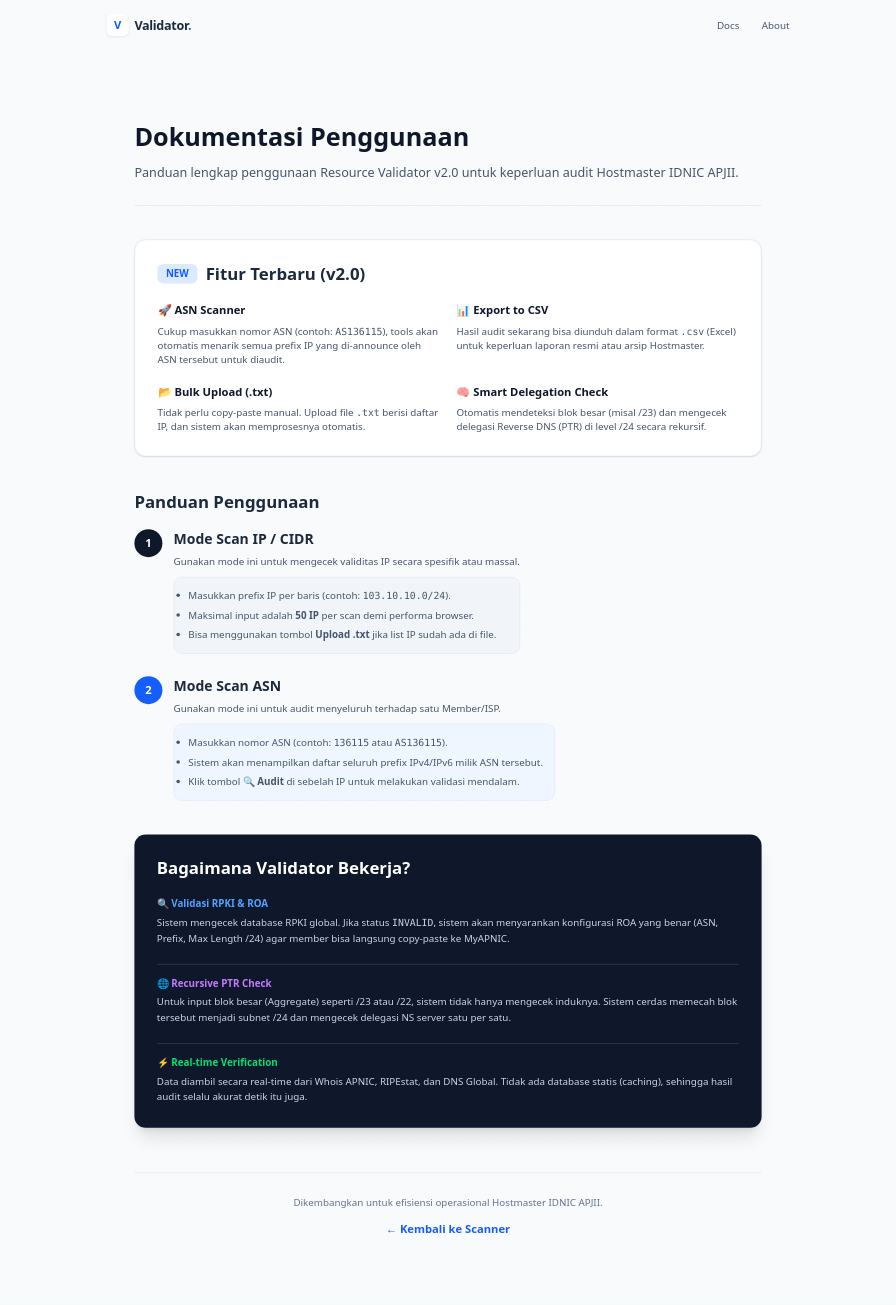
Repository: KilluaProject/resource_validator
Page: /about
An editor plug-in stored every save of this project. The page is shown before and after the next save, followed by the edit.
The browser window is 1280 px wide. The pictures show the whole page, at 70% of full size.
The project was rebuilt for these pictures with package versions that can differ from the ones it lists, and the page was loaded fresh each time. The framework's server and built-in components were replaced by stand-ins that run in the browser. Also part of the build but not shown: next.config.ts.

Above is the page before, as saved 2026-01-08 16:53:48.

After the next save:
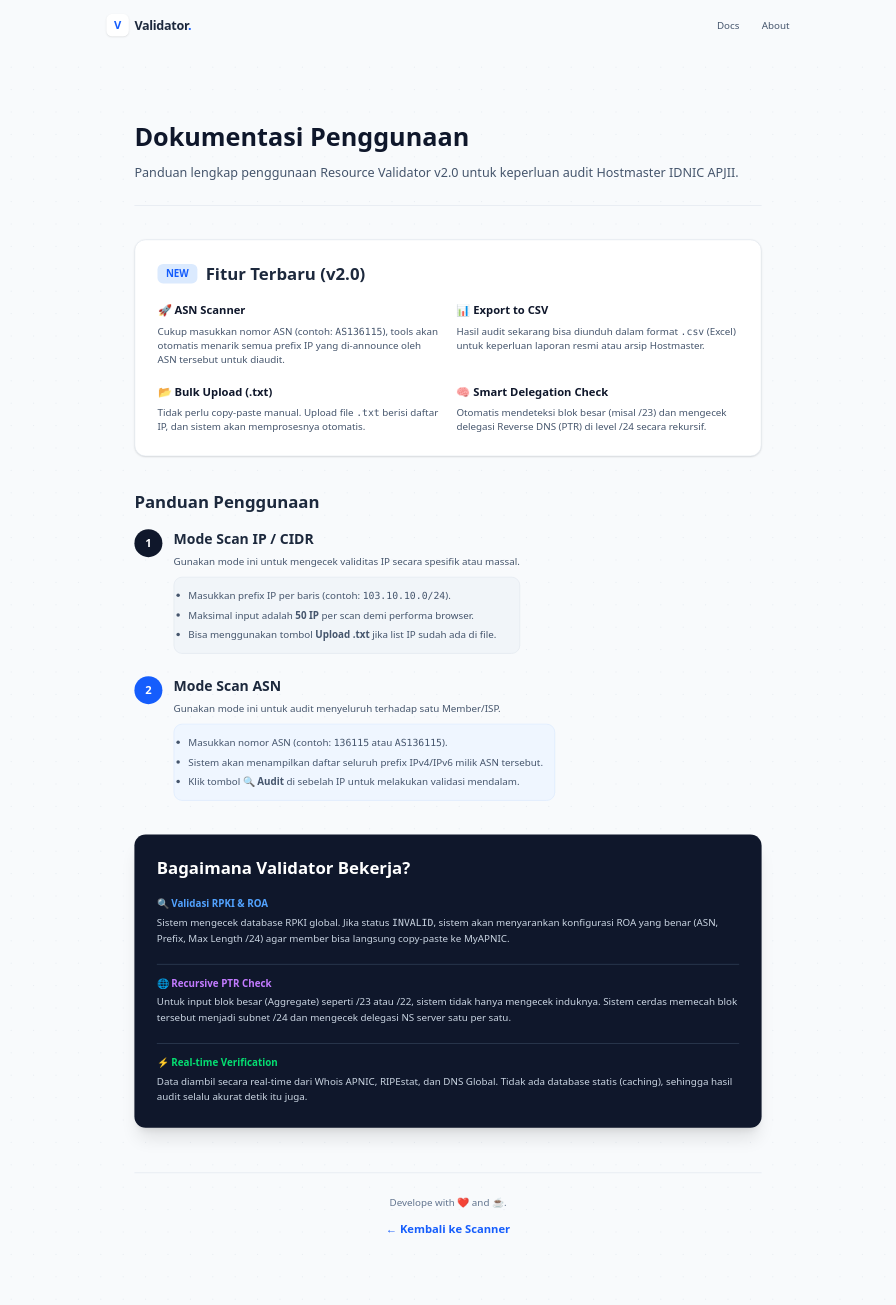
Saved 59 s later.
--- a/app/about/page.tsx
+++ b/app/about/page.tsx
@@ -123,7 +123,7 @@
 
         <div className="mt-16 text-center border-t border-slate-200 pt-8">
             <p className="text-sm text-slate-500">
-                Dikembangkan untuk efisiensi operasional Hostmaster IDNIC APJII.
+                Develope with ❤️ and ☕️.
             </p>
             <div className="mt-4">
                 <Link href="/" className="text-blue-600 font-bold hover:underline">
